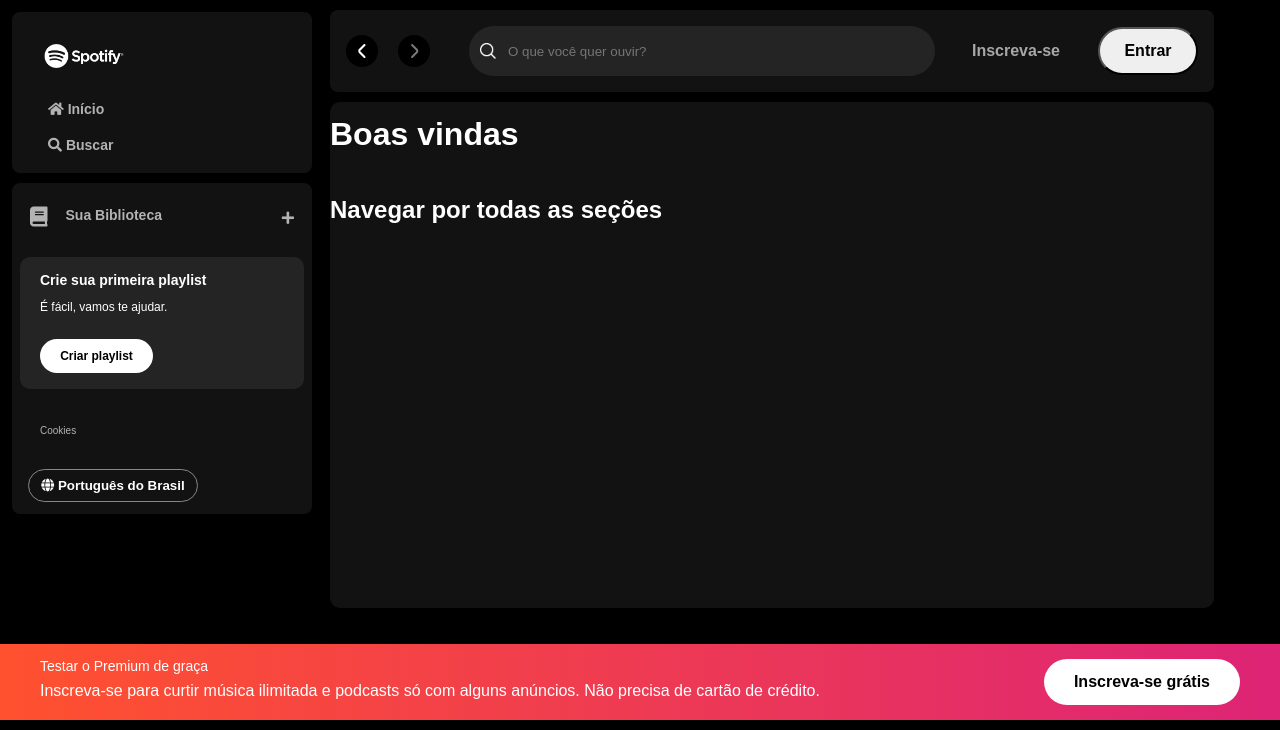
Repository: rafaazevedo-gs/Imers-o-Alura-Front-end
Page: index.html
These files come from the project's save history. The page is drawn as it stood at one moment and after the next save; the edit follows.
The browser window is 1280 px wide. The pictures show the whole page.

Above is the page before, as saved 2025-01-31 10:51:39.

After the next save:
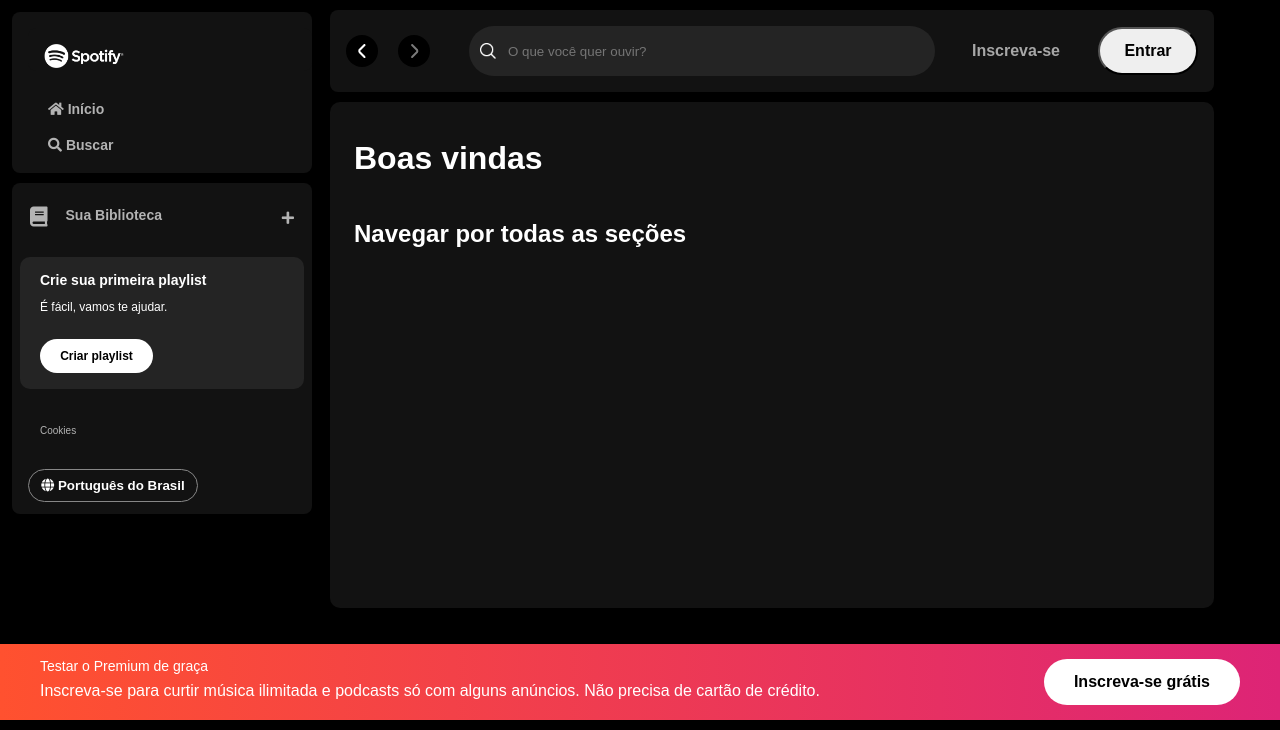
Saved 5 min 29 s later.
--- a/src/styles/main-content.css
+++ b/src/styles/main-content.css
@@ -101,7 +101,7 @@
     background-color: #121212;
   }
 
-  .Playlist {
+  .playlist {
     margin: 24px;
   }
 
@@ -110,6 +110,7 @@
     font-size: 32px;
     font-weight: 700;
     margin-bottom: 48px;
+
   }
 
   .playlist .greeting-subtitle {
